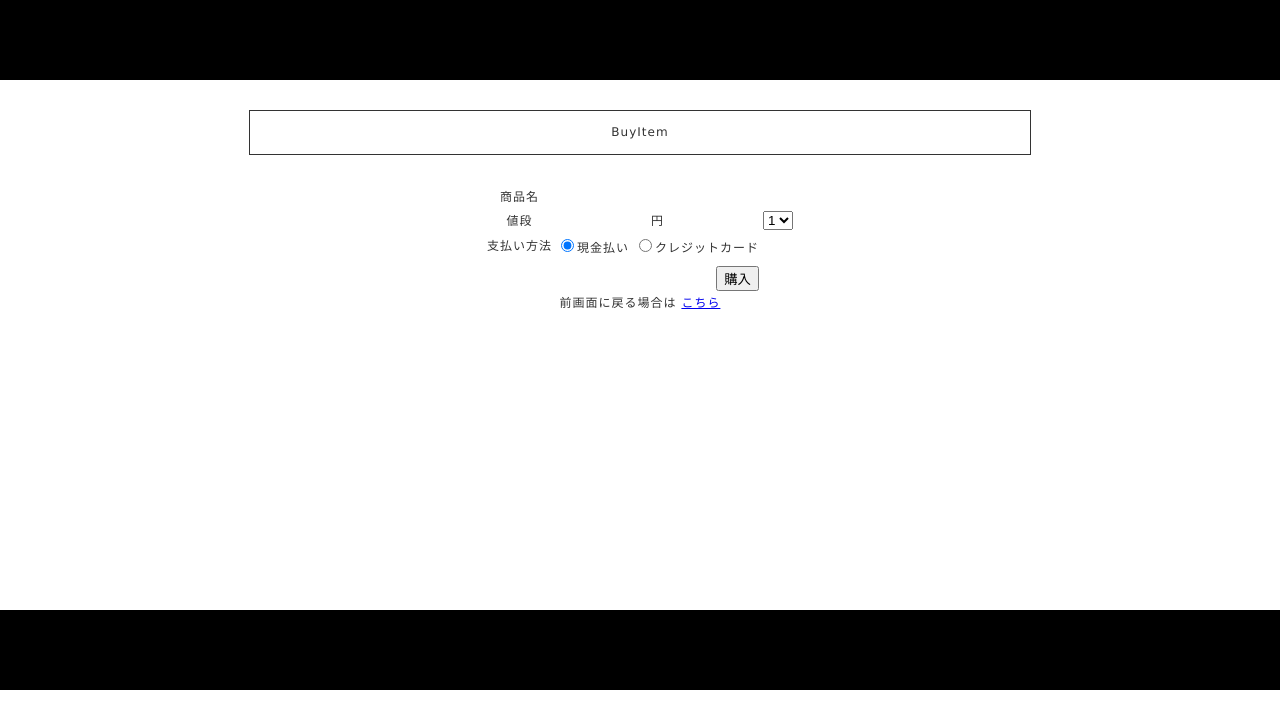
Repository: satoumtzk/test
Page: http://localhost/template/buyItem.jsp
An editor plug-in stored every save of this project. The page is shown before and after the next save, followed by the edit.
The browser window is 1280 px wide. The pictures show the whole page.
The page is served by Tomcat 9.

Above is the page before, as saved 2019-04-05 12:15:19.

After the next save:
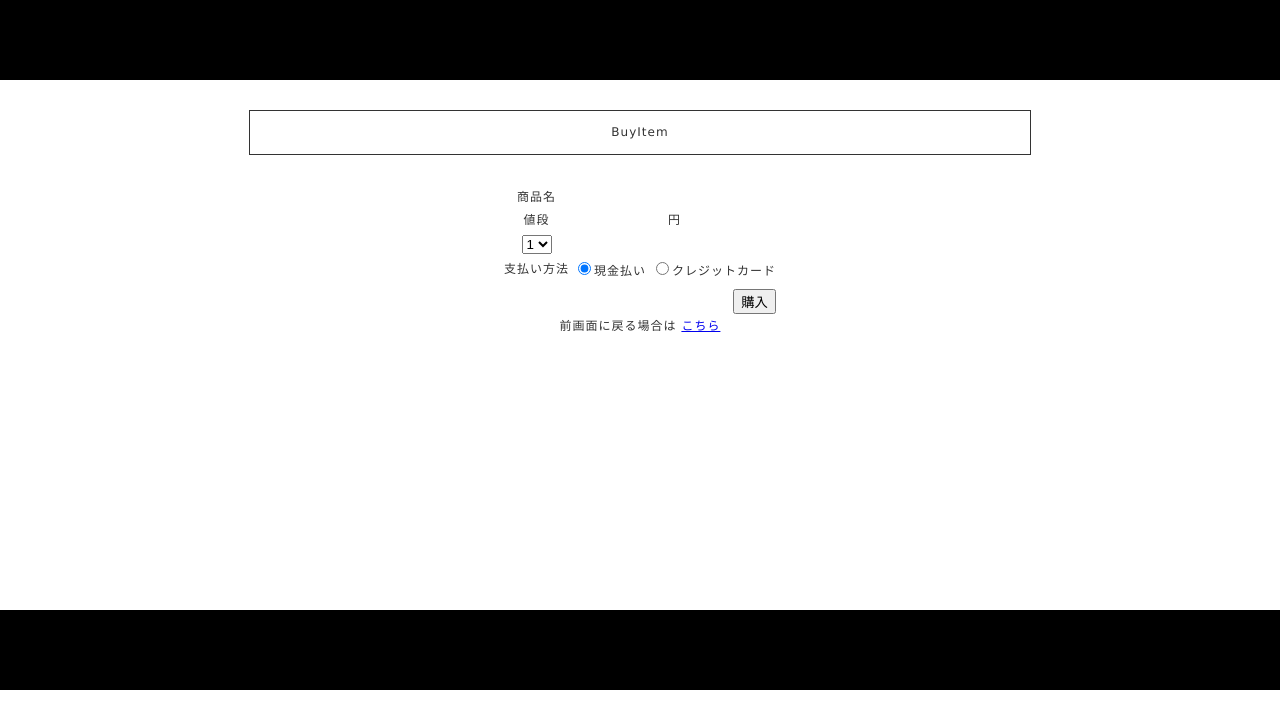
Saved 89 s later.
--- a/template/WebContent/buyItem.jsp
+++ b/template/WebContent/buyItem.jsp
@@ -83,7 +83,10 @@
 							<s:property value="session.buyItem_price"/>
 								<span>円</span>
 							</td>
-							<td>
+						</tr>
+						<tr>
+
+													<td>
 								<select name="stock">
 								<option value="1" selected="selected">1</option>
 									<option value="2">2</option>
